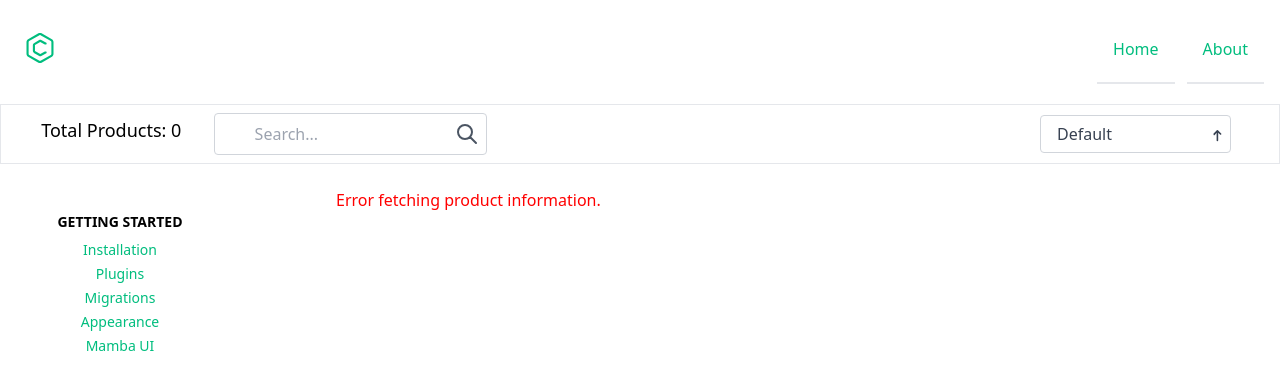
Repository: loktioncode/vectra-shop
Page: /
These files come from the project's save history. The page is drawn as it stood at one moment and after the next save; the edit follows.
The browser window is 1280 px wide. The pictures show the whole page.
The page's requests for data from a server got no answer. The project was rebuilt for these pictures with package versions that can differ from the ones it lists, and the page was loaded fresh each time. No one was signed in, and anything a server would have sent is missing. Also part of the build but not shown: vite.config.ts, src/components/ProductCard.vue. Imported but missing from the stored project, and not drawn on this page: src/components/Counter.vue.

Above is the page before, as saved 2023-09-20 19:31:42.

After the next save:
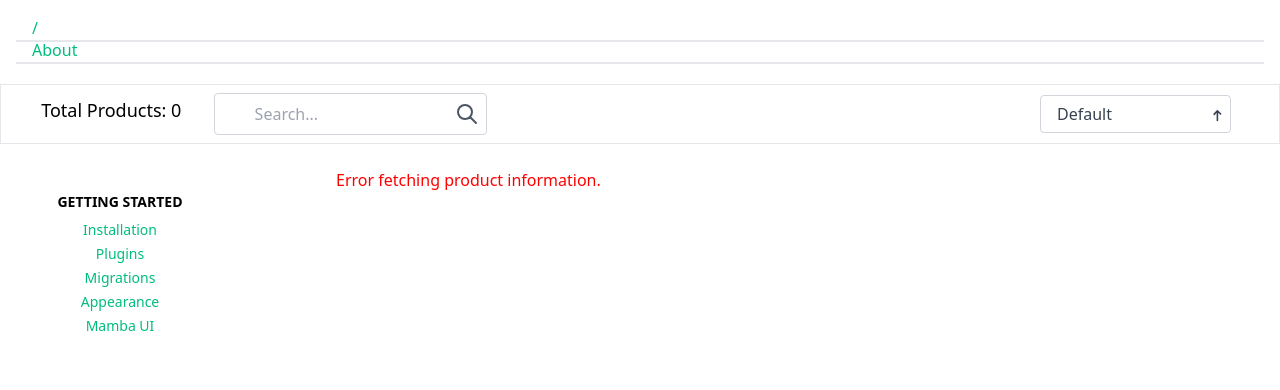
Saved 4 min 10 s later.
--- a/src/App.vue
+++ b/src/App.vue
@@ -7,29 +7,9 @@ import HelloWorld from './components/HelloWorld.vue'
   <div class="app">
 
     <header class="p-4 dark:bg-gray-800 dark:text-gray-100">
-      <div class="container flex justify-between h-16 mx-auto">
-        <a rel="noopener noreferrer" href="#" aria-label="Back to homepage" class="flex items-center p-2">
-          <svg xmlns="http://www.w3.org/2000/svg" fill="currentColor" viewBox="0 0 32 32"
-            class="w-8 h-8 dark:text-violet-400">
-            <path
-              d="M27.912 7.289l-10.324-5.961c-0.455-0.268-1.002-0.425-1.588-0.425s-1.133 0.158-1.604 0.433l0.015-0.008-10.324 5.961c-0.955 0.561-1.586 1.582-1.588 2.75v11.922c0.002 1.168 0.635 2.189 1.574 2.742l0.016 0.008 10.322 5.961c0.455 0.267 1.004 0.425 1.59 0.425 0.584 0 1.131-0.158 1.602-0.433l-0.014 0.008 10.322-5.961c0.955-0.561 1.586-1.582 1.588-2.75v-11.922c-0.002-1.168-0.633-2.189-1.573-2.742zM27.383 21.961c0 0.389-0.211 0.73-0.526 0.914l-0.004 0.002-10.324 5.961c-0.152 0.088-0.334 0.142-0.53 0.142s-0.377-0.053-0.535-0.145l0.005 0.002-10.324-5.961c-0.319-0.186-0.529-0.527-0.529-0.916v-11.922c0-0.389 0.211-0.73 0.526-0.914l0.004-0.002 10.324-5.961c0.152-0.090 0.334-0.143 0.53-0.143s0.377 0.053 0.535 0.144l-0.006-0.002 10.324 5.961c0.319 0.185 0.529 0.527 0.529 0.916z">
-            </path>
-            <path
-              d="M22.094 19.451h-0.758c-0.188 0-0.363 0.049-0.515 0.135l0.006-0.004-4.574 2.512-5.282-3.049v-6.082l5.282-3.051 4.576 2.504c0.146 0.082 0.323 0.131 0.508 0.131h0.758c0.293 0 0.529-0.239 0.529-0.531v-0.716c0-0.2-0.11-0.373-0.271-0.463l-0.004-0.002-5.078-2.777c-0.293-0.164-0.645-0.26-1.015-0.26-0.39 0-0.756 0.106-1.070 0.289l0.010-0.006-5.281 3.049c-0.636 0.375-1.056 1.055-1.059 1.834v6.082c0 0.779 0.422 1.461 1.049 1.828l0.009 0.006 5.281 3.049c0.305 0.178 0.67 0.284 1.061 0.284 0.373 0 0.723-0.098 1.027-0.265l-0.012 0.006 5.080-2.787c0.166-0.091 0.276-0.265 0.276-0.465v-0.716c0-0.293-0.238-0.529-0.529-0.529z">
-            </path>
-          </svg>
-        </a>
-        <ul class="items-stretch hidden space-x-3 md:flex">
-          <RouterLink to="/" class="flex items-center px-4 -mb-1 border-b-2 dark:border-transparent">Home</RouterLink>
-          <RouterLink to="/about" class="flex items-center px-4 -mb-1 border-b-2 dark:border-transparent">About
-          </RouterLink>
-        </ul>
-        <button class="flex justify-end p-4 md:hidden">
-          <svg xmlns="http://www.w3.org/2000/svg" fill="none" viewBox="0 0 24 24" stroke="currentColor" class="w-6 h-6">
-            <path stroke-linecap="round" stroke-linejoin="round" stroke-width="2" d="M4 6h16M4 12h16M4 18h16"></path>
-          </svg>
-        </button>
-      </div>
+      <RouterLink to="/" class="flex items-center px-4 -mb-1 border-b-2 dark:border-transparent">/</RouterLink>
+      <RouterLink to="/about" class="flex items-center px-4 -mb-1 border-b-2 dark:border-transparent">About
+      </RouterLink>
     </header>
 
     <RouterView />
